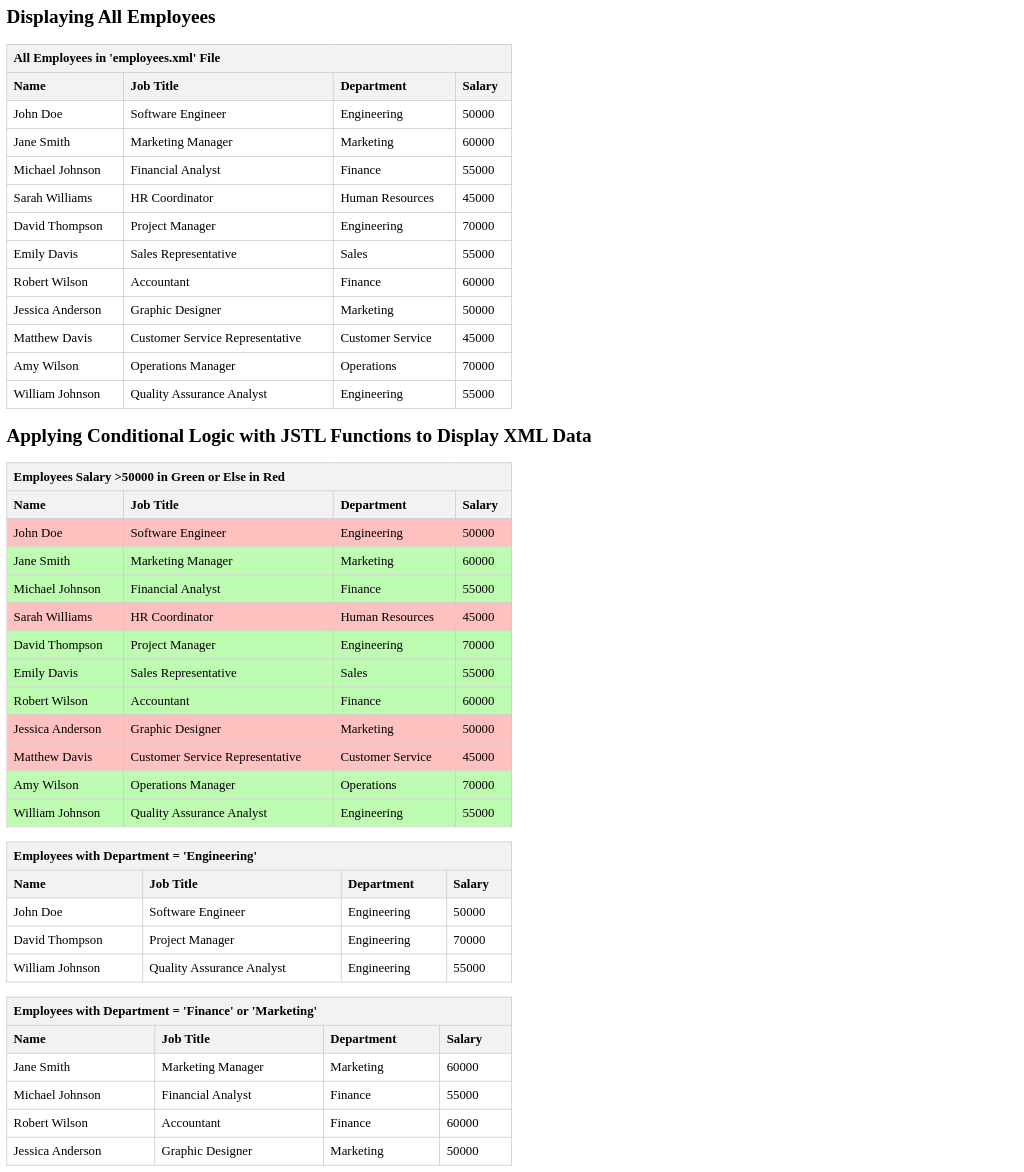
Repository: bkyncl/csd-430
Page: http://localhost/kyncl_mod9/
The author's editor kept a copy of each file at every save. The page is drawn from the files as they stood at one save, then again after the next save.
The browser window is 1280 px wide. The pictures show the whole page, at 80% of full size.
The page is served by Tomcat 9.

Above is the page before, as saved 2023-07-05 06:29:47.

After the next save:
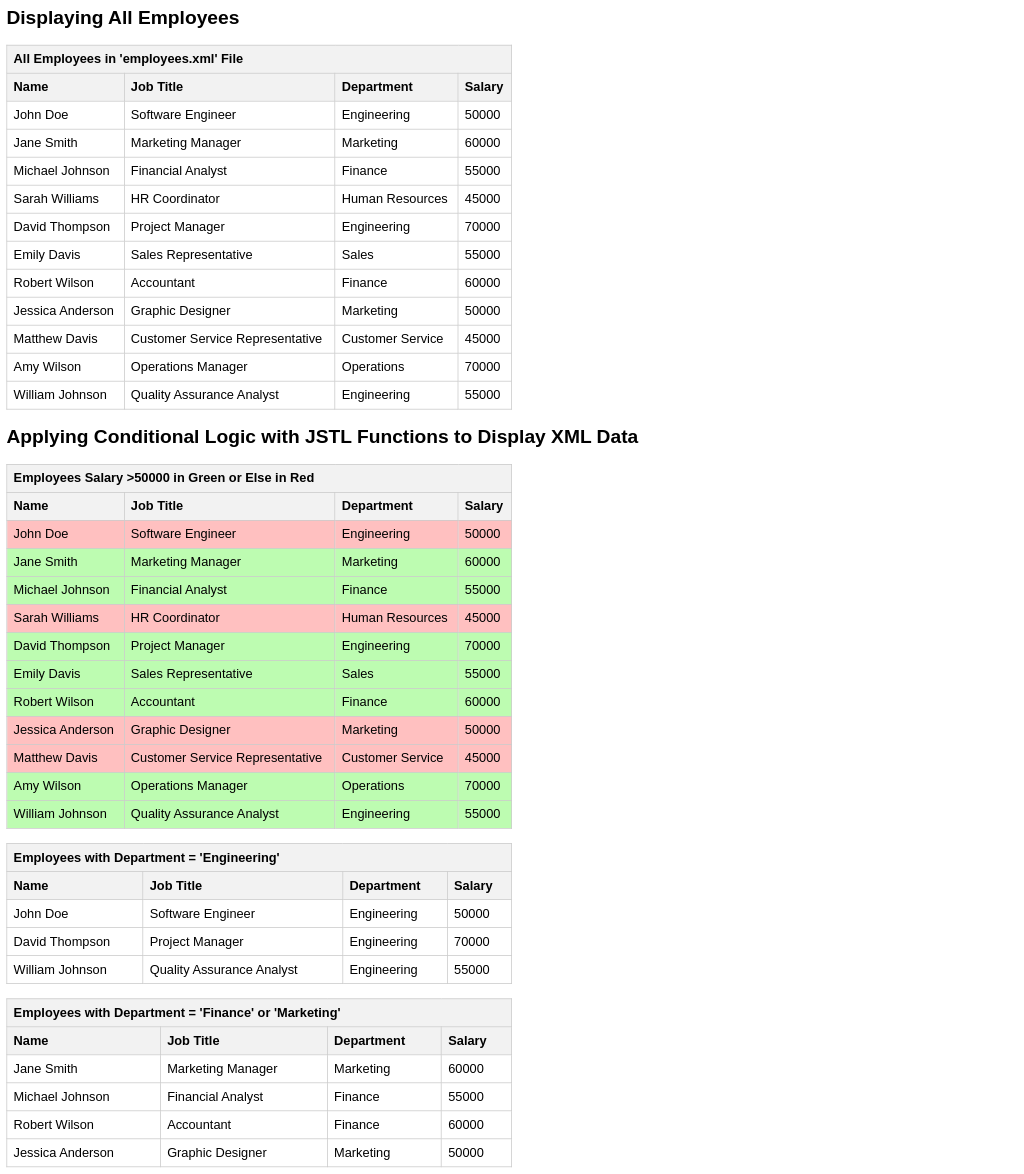
Saved 73 s later.
--- a/kyncl_mod9/src/main/webapp/styles.css
+++ b/kyncl_mod9/src/main/webapp/styles.css
@@ -1,4 +1,7 @@
 /* Table styles */
+body {
+  font-family: Arial, sans-serif;
+
 table {
   width: 50%;
   border-collapse: collapse;
